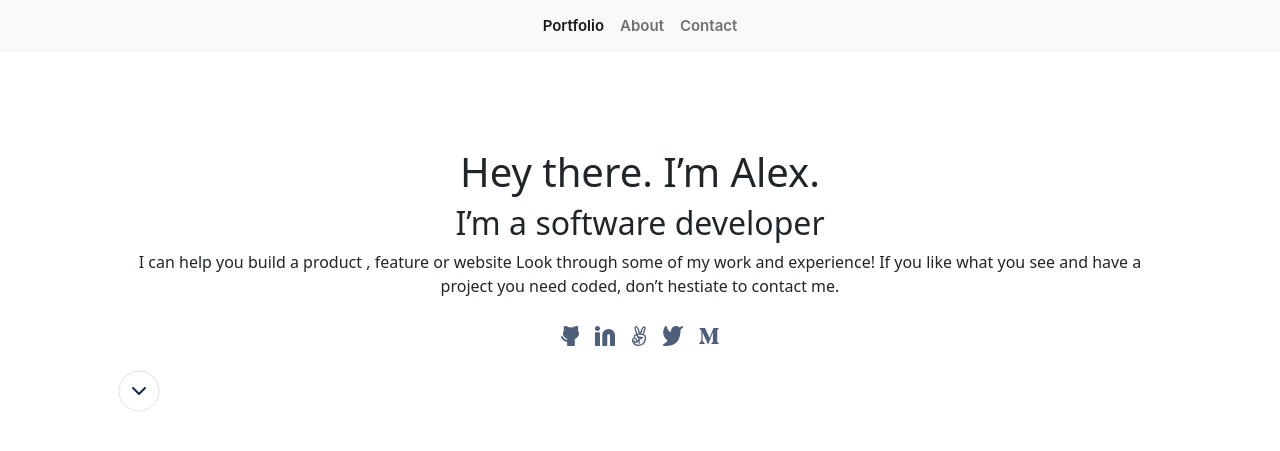
Repository: mustabbas/mustDico-Bootstrap
Page: index.html
These files come from the project's save history. The page is drawn as it stood at one moment and after the next save; the edit follows.
The browser window is 1280 px wide. The pictures show the whole page.

Above is the page before, as saved 2021-08-25 20:52:48.

### index.html
<!DOCTYPE html>
<html lang="en">
<head>
    <meta charset="UTF-8">
    <meta name="viewport" content="width=device-width, initial-scale=1.0">
    <meta http-equiv="X-UA-Compatible" content="ie=edge">
    <link rel="stylesheet" href="styles.css" />
    <title>MustDico's-Portfolio</title>
    <!-- CSS only -->
<link href="https://cdn.jsdelivr.net/npm/bootstrap@5.1.0/dist/css/bootstrap.min.css" rel="stylesheet" integrity="sha384-KyZXEAg3QhqLMpG8r+8fhAXLRk2vvoC2f3B09zVXn8CA5QIVfZOJ3BCsw2P0p/We" crossorigin="anonymous">
</head>
<body>
    <nav class="navbar navbar-expand-lg navbar-light bg-light">
        <div class="container-fluid">
          <button class="navbar-toggler" type="button" data-bs-toggle="collapse" data-bs-target="#navbarNav" aria-controls="navbarNav" aria-expanded="false" aria-label="Toggle navigation">
            <span class="navbar-toggler-icon"></span>
          </button>
          <div class="collapse navbar-collapse justify-content-center" id="navbarNav">
            <ul class="navbar-nav">
              <li class="nav-item">
                <a class="nav-link active" aria-current="page" href="#">Portfolio</a>
              </li>
              <li class="nav-item">
                <a class="nav-link" href="#">About</a>
              </li>
              <li class="nav-item">
                <a class="nav-link" href="#">Contact</a>
              </li>
            </ul>
          </div>
        </div>
      </nav>
      <section class="container mt-5 p-5">
            <h1 class="text-center">Hey there. I’m Alex.</h1>
            <h2 class="text-center">I’m a software developer</h2>
            <p class="text-center"> I can help you build a product , feature or website Look through some of my work and experience! If you like what you see and have a project you need coded,
                don’t hestiate to contact me.</p>
                <ul class="d-flex justify-content-center list-unstyled">
                    <li class="p-2"><img src="./img/github_dark.svg" alt="Vector-github" /></li>
                    <li class="p-2"><img src="./img/linkedin.svg" alt="Vecto-linkedin" /></li>
                    <li class="p-2"><img src="./img/angellist_dark.svg" alt="Vecto-angellist" /></li>
                    <li class="p-2"><img src="./img/twitter_dark.svg" alt="Vector-twitter" /></li>
                    <li class="p-2"><img src="./img/medium_dark.svg" alt="Vector-medium" /></li>
                </ul>
                <div class=""><img src="./img/ArrowDown.svg" alt="ArrowDown" /></div>
      </section>

    <!-- JavaScript Bundle with Popper -->
<script src="https://cdn.jsdelivr.net/npm/bootstrap@5.1.0/dist/js/bootstrap.bundle.min.js" integrity="sha384-U1DAWAznBHeqEIlVSCgzq+c9gqGAJn5c/t99JyeKa9xxaYpSvHU5awsuZVVFIhvj" crossorigin="anonymous"></script>
</body>
</html>

### styles.css

.nav-item {
    font-family: Inter;
    font-style: normal;
    font-weight: 600;
    font-size: 15px;
    line-height: 20px;
    color: #344563;
}

After the next save:
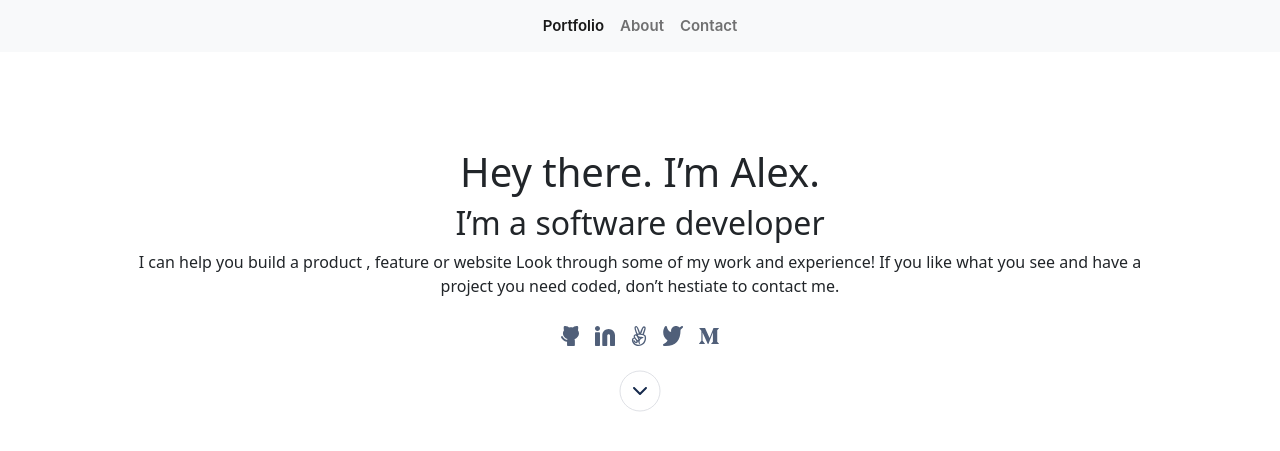
Saved 9 s later.
--- a/index.html
+++ b/index.html
@@ -42,7 +42,7 @@
                     <li class="p-2"><img src="./img/twitter_dark.svg" alt="Vector-twitter" /></li>
                     <li class="p-2"><img src="./img/medium_dark.svg" alt="Vector-medium" /></li>
                 </ul>
-                <div class=""><img src="./img/ArrowDown.svg" alt="ArrowDown" /></div>
+                <div class="d-flex justify-content-center"><img src="./img/ArrowDown.svg" alt="ArrowDown" /></div>
       </section>
 
     <!-- JavaScript Bundle with Popper -->
